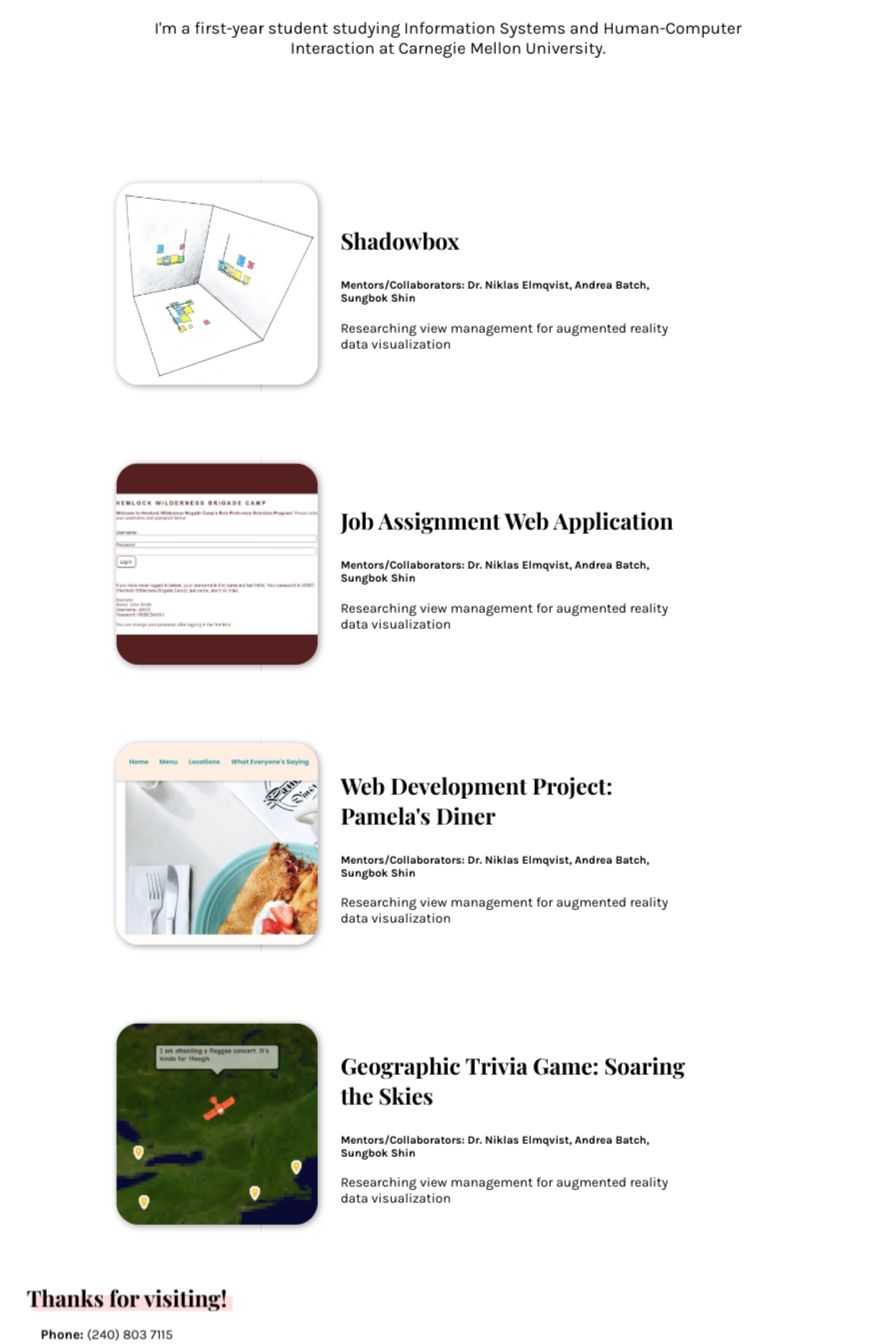
Repository: liu-julia/liu-julia.github.io
Page: index.html
These files come from the project's save history. The page is drawn as it stood at one moment and after a run of saves; the edit follows.
The browser window is 1280 px wide. The pictures show the part of the page from y = 542 to 2462 px (the page is 2635 px tall before and 2715 px after), at 70% of full size.

Above is the page before, as saved 2022-04-28 12:11:52.

After the next 2 saves:
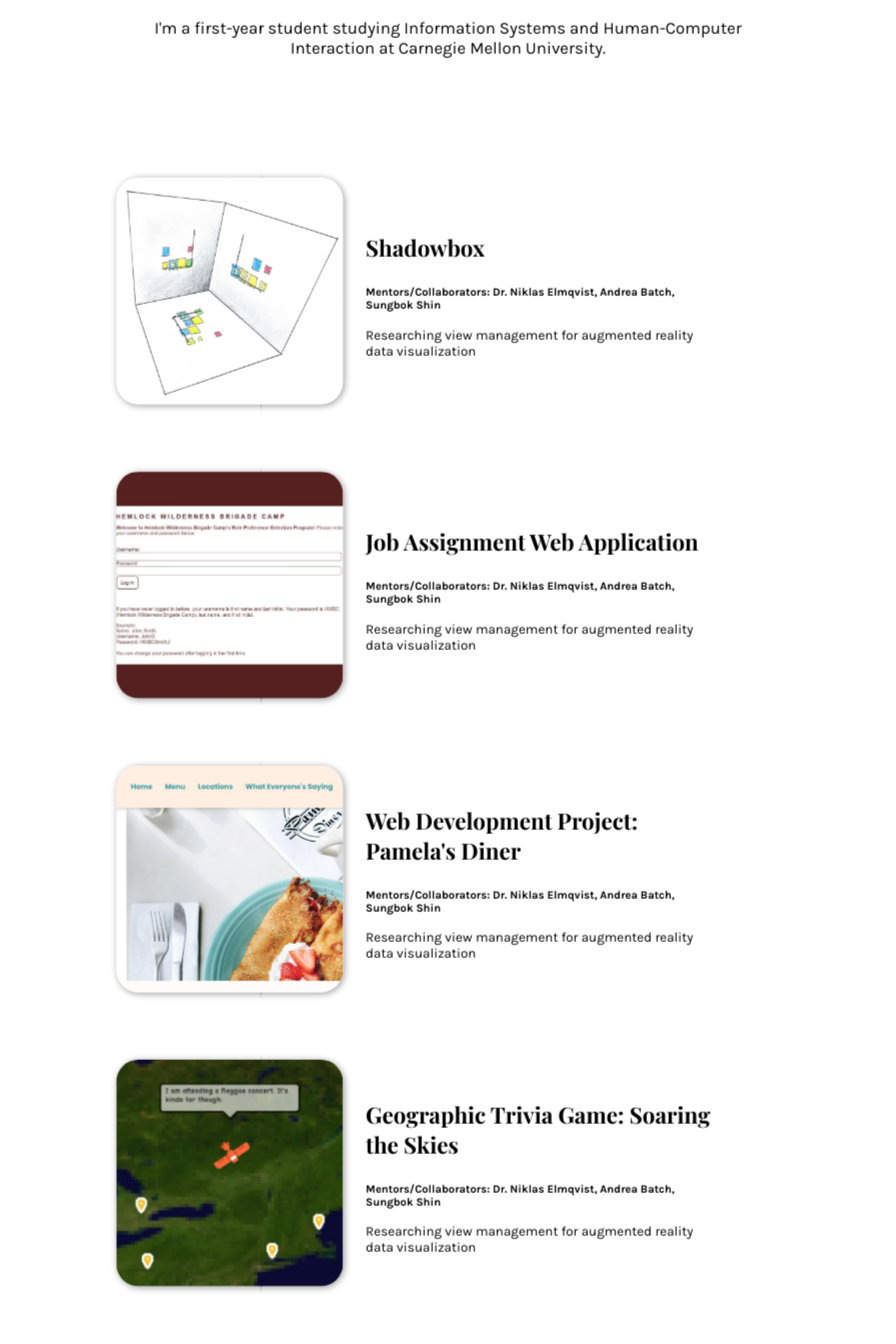
The 2 saves are shown as one change because they came seconds apart.
The last was saved 13 s later.
--- a/css/styles.css
+++ b/css/styles.css
@@ -208,8 +208,8 @@ body {
     width: 80%;
     display: flex;
     margin: auto;
-    height: 40%;
-    padding: 3.5rem;
+    height: 45%;
+    padding: 3rem;
 }
 .project img {
     max-width: 40%;
